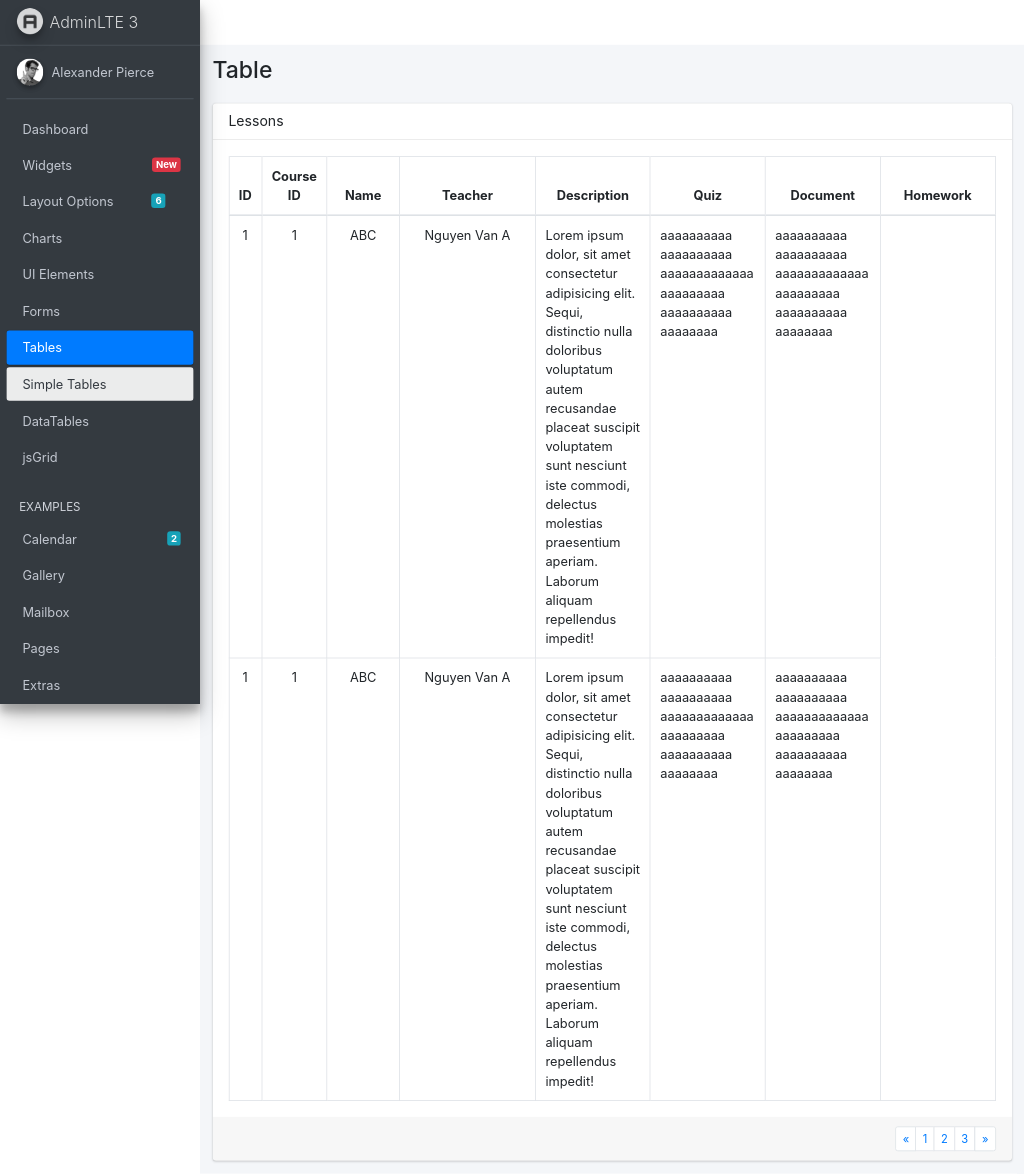
Repository: huyennvo/table
Page: http://localhost/table/lessons
These files come from the project's save history. The page is drawn as it stood at one moment and after the next save; the edit follows.
The browser window is 1280 px wide. The pictures show the whole page, at 80% of full size.
Some web fonts or font styles are not loaded; a fallback is used. The page is served by the project's Laravel application, run on PHP 8.4 with Laravel 8. Other server files are loaded and not shown.

Above is the page before, as saved 2022-08-11 19:32:52.

### routes/web.php
<?php

use Illuminate\Support\Facades\Route;

/*
|--------------------------------------------------------------------------
| Web Routes
|--------------------------------------------------------------------------
|
| Here is where you can register web routes for your application. These
| routes are loaded by the RouteServiceProvider within a group which
| contains the "web" middleware group. Now create something great!
|
*/

Route::get('/table', function () {
    return view('index');
});

Route::get('/table/courses', function () {
    return view('courses');
});

Route::get('/table/lessons', function () {
    return view('lessons');
});

### resources/views/lessons.blade.php
@extends('layouts.content-header')
@section('content-body')
    <!-- Main content -->

    <section class="content">
      <div class="container-fluid">
        <div class="row">
          <div class="col-md-12">
            <div class="card">
              <div class="card-header">
                <h3 class="card-title">Lessons</h3>
              </div>
              <!-- /.card-header -->
              <div class="card-body">
                <table class="table table-bordered" >
                  <thead>
                    <tr>
                      <th style="width: 10px">ID</th>
                      <th class="course-id" style="width: 10px">Course ID</th>
                      <th class="name">Name</th>
                      <th>Teacher</th>
                      <th style="width: 15%">Description</th>
                      <th style="width: 15%">Quiz</th>
                      <th style="width: 15%">Document</th>
                      <th style="width: 15%">Homework</th>
                    </tr>
                  </thead>
                  <tbody>
                    <tr>
                      <td style="text-align:center;">1</td>
                      <td class="course-id">1</td>
                      <td class="name">ABC</td>
                      <td style="text-align:center;">
                        Nguyen Van A
                      </td>
                      <td>Lorem ipsum dolor, sit amet consectetur adipisicing elit. Sequi, distinctio nulla doloribus voluptatum autem recusandae placeat suscipit voluptatem sunt nesciunt iste commodi, delectus molestias praesentium aperiam. Laborum aliquam repellendus impedit!</td>
                      <td>aaaaaaaaaa aaaaaaaaaa aaaaaaaaaaaaa aaaaaaaaa aaaaaaaaaa aaaaaaaa</td>
                      <td>aaaaaaaaaa aaaaaaaaaa aaaaaaaaaaaaa aaaaaaaaa aaaaaaaaaa aaaaaaaa</td>
                    </tr>
                    <tr>
                      <td style="text-align:center;">1</td>
                      <td class="course-id" >1</td>
                      <td class="name">ABC</td>
                      <td style="text-align:center;">
                        Nguyen Van A
                      </td>
                      <td>Lorem ipsum dolor, sit amet consectetur adipisicing elit. Sequi, distinctio nulla doloribus voluptatum autem recusandae placeat suscipit voluptatem sunt nesciunt iste commodi, delectus molestias praesentium aperiam. Laborum aliquam repellendus impedit!</td>
                      <td>aaaaaaaaaa aaaaaaaaaa aaaaaaaaaaaaa aaaaaaaaa aaaaaaaaaa aaaaaaaa</td>
                      <td>aaaaaaaaaa aaaaaaaaaa aaaaaaaaaaaaa aaaaaaaaa aaaaaaaaaa aaaaaaaa</td>
                    </tr>


                  </tbody>
                </table>
              </div>
              <!-- /.card-body -->
              <div class="card-footer clearfix">
                <ul class="pagination pagination-sm m-0 float-right">
                  <li class="page-item"><a class="page-link" href="#">&laquo;</a></li>
                  <li class="page-item"><a class="page-link" href="#">1</a></li>
                  <li class="page-item"><a class="page-link" href="#">2</a></li>
                  <li class="page-item"><a class="page-link" href="#">3</a></li>
                  <li class="page-item"><a class="page-link" href="#">&raquo;</a></li>
                </ul>
              </div>
            </div>

          </div>

        </div>


        <!-- /.row -->

        <!-- /.row -->
      </div><!-- /.container-fluid -->
    </section>
    <!-- /.content -->
@endsection

### resources/views/layouts/content-header.blade.php
@extends('layouts.menu')
@section('content-header')
    <section class="content-header">
      <div class="container-fluid">
        <div class="row mb-2">
          <div class="col-sm-6">
            <h1>Table</h1>
          </div>
        </div>
      </div><!-- /.container-fluid -->
    </section>
@endsection

### resources/views/layouts/menu.blade.php
@extends('layouts.index')
@section('menu')
<div class="main-sidebar sidebar-dark-primary elevation-4" id="menu">
  <a href="../../index3.html" class="brand-link">
        <img src="../../dist/img/AdminLTELogo.png"
            alt="AdminLTE Logo"
            class="brand-image img-circle elevation-3"
            style="opacity: .8">
        <span class="brand-text font-weight-light">AdminLTE 3</span>
  </a>

    <!-- Sidebar -->
    <div class="sidebar">
      <!-- Sidebar user (optional) -->
      <div class="user-panel mt-3 pb-3 mb-3 d-flex">
        <div class="image">
          <img src="../../dist/img/user2-160x160.jpg" class="img-circle elevation-2" alt="User Image">
        </div>
        <div class="info">
          <a href="#" class="d-block">Alexander Pierce</a>
        </div>
      </div>

      <!-- Sidebar Menu -->
      <nav class="mt-2">
        <ul class="nav nav-pills nav-sidebar flex-column" data-widget="treeview" role="menu" data-accordion="false">
          <!-- Add icons to the links using the .nav-icon class
               with font-awesome or any other icon font library -->
          <li class="nav-item has-treeview">
            <a href="#" class="nav-link">
              <i class="nav-icon fas fa-tachometer-alt"></i>
              <p>
                Dashboard
                <i class="right fas fa-angle-left"></i>
              </p>
            </a>
            <ul class="nav nav-treeview">
              <li class="nav-item">
                <a href="../../index.html" class="nav-link">
                  <i class="far fa-circle nav-icon"></i>
                  <p>Dashboard v1</p>
                </a>
              </li>
              <li class="nav-item">
                <a href="../../index2.html" class="nav-link">
                  <i class="far fa-circle nav-icon"></i>
                  <p>Dashboard v2</p>
                </a>
              </li>
              <li class="nav-item">
                <a href="../../index3.html" class="nav-link">
                  <i class="far fa-circle nav-icon"></i>
                  <p>Dashboard v3</p>
                </a>
              </li>
            </ul>
          </li>
          <li class="nav-item">
            <a href="../widgets.html" class="nav-link">
              <i class="nav-icon fas fa-th"></i>
              <p>
                Widgets
                <span class="right badge badge-danger">New</span>
              </p>
            </a>
          </li>
          <li class="nav-item has-treeview">
            <a href="#" class="nav-link">
              <i class="nav-icon fas fa-copy"></i>
              <p>
                Layout Options
                <i class="fas fa-angle-left right"></i>
                <span class="badge badge-info right">6</span>
              </p>
            </a>
            <ul class="nav nav-treeview">
              <li class="nav-item">
                <a href="../layout/top-nav.html" class="nav-link">
                  <i class="far fa-circle nav-icon"></i>
                  <p>Top Navigation</p>
                </a>
              </li>
              <li class="nav-item">
                <a href="../layout/top-nav-sidebar.html" class="nav-link">
                  <i class="far fa-circle nav-icon"></i>
                  <p>Top Navigation + Sidebar</p>
                </a>
              </li>
              <li class="nav-item">
                <a href="../layout/boxed.html" class="nav-link">
                  <i class="far fa-circle nav-icon"></i>
                  <p>Boxed</p>
                </a>
              </li>
              <li class="nav-item">
                <a href="../layout/fixed-sidebar.html" class="nav-link">
                  <i class="far fa-circle nav-icon"></i>
                  <p>Fixed Sidebar</p>
                </a>
              </li>
              <li class="nav-item">
                <a href="../layout/fixed-topnav.html" class="nav-link">
                  <i class="far fa-circle nav-icon"></i>
                  <p>Fixed Navbar</p>
                </a>
              </li>
              <li class="nav-item">
                <a href="../layout/fixed-footer.html" class="nav-link">
                  <i class="far fa-circle nav-icon"></i>
                  <p>Fixed Footer</p>
                </a>
              </li>
              <li class="nav-item">
                <a href="../layout/collapsed-sidebar.html" class="nav-link">
                  <i class="far fa-circle nav-icon"></i>
                  <p>Collapsed Sidebar</p>
                </a>
              </li>
            </ul>
          </li>
          <li class="nav-item has-treeview">
            <a href="#" class="nav-link">
              <i class="nav-icon fas fa-chart-pie"></i>
              <p>
                Charts
                <i class="right fas fa-angle-left"></i>
              </p>
            </a>
            <ul class="nav nav-treeview">
              <li class="nav-item">
                <a href="../charts/chartjs.html" class="nav-link">
                  <i class="far fa-circle nav-icon"></i>
                  <p>ChartJS</p>
                </a>
              </li>
              <li class="nav-item">
                <a href="../charts/flot.html" class="nav-link">
                  <i class="far fa-circle nav-icon"></i>
                  <p>Flot</p>
                </a>
              </li>
              <li class="nav-item">
                <a href="../charts/inline.html" class="nav-link">
                  <i class="far fa-circle nav-icon"></i>
                  <p>Inline</p>
                </a>
              </li>
            </ul>
          </li>
          <li class="nav-item has-treeview">
            <a href="#" class="nav-link">
              <i class="nav-icon fas fa-tree"></i>
              <p>
                UI Elements
                <i class="fas fa-angle-left right"></i>
              </p>
            </a>
            <ul class="nav nav-treeview">
              <li class="nav-item">
                <a href="../UI/general.html" class="nav-link">
                  <i class="far fa-circle nav-icon"></i>
                  <p>General</p>
                </a>
              </li>
              <li class="nav-item">
                <a href="../UI/icons.html" class="nav-link">
                  <i class="far fa-circle nav-icon"></i>
                  <p>Icons</p>
                </a>
              </li>
              <li class="nav-item">
                <a href="../UI/buttons.html" class="nav-link">
                  <i class="far fa-circle nav-icon"></i>
                  <p>Buttons</p>
                </a>
              </li>
              <li class="nav-item">
                <a href="../UI/sliders.html" class="nav-link">
                  <i class="far fa-circle nav-icon"></i>
                  <p>Sliders</p>
                </a>
              </li>
              <li class="nav-item">
                <a href="../UI/modals.html" class="nav-link">
                  <i class="far fa-circle nav-icon"></i>
                  <p>Modals & Alerts</p>
                </a>
              </li>
              <li class="nav-item">
                <a href="../UI/navbar.html" class="nav-link">
                  <i class="far fa-circle nav-icon"></i>
                  <p>Navbar & Tabs</p>
                </a>
              </li>
              <li class="nav-item">
                <a href="../UI/timeline.html" class="nav-link">
                  <i class="far fa-circle nav-icon"></i>
                  <p>Timeline</p>
                </a>
              </li>
              <li class="nav-item">
                <a href="../UI/ribbons.html" class="nav-link">
                  <i class="far fa-circle nav-icon"></i>
                  <p>Ribbons</p>
                </a>
              </li>
            </ul>
          </li>
          <li class="nav-item has-treeview">
            <a href="#" class="nav-link">
              <i class="nav-icon fas fa-edit"></i>
              <p>
                Forms
                <i class="fas fa-angle-left right"></i>
              </p>
            </a>
            <ul class="nav nav-treeview">
              <li class="nav-item">
                <a href="../forms/general.html" class="nav-link">
                  <i class="far fa-circle nav-icon"></i>
                  <p>General Elements</p>
                </a>
              </li>
              <li class="nav-item">
                <a href="../forms/advanced.html" class="nav-link">
                  <i class="far fa-circle nav-icon"></i>
                  <p>Advanced Elements</p>
                </a>
              </li>
              <li class="nav-item">
                <a href="../forms/editors.html" class="nav-link">
                  <i class="far fa-circle nav-icon"></i>
                  <p>Editors</p>
                </a>
              </li>
              <li class="nav-item">
                <a href="../forms/validation.html" class="nav-link">
                  <i class="far fa-circle nav-icon"></i>
                  <p>Validation</p>
                </a>
              </li>
            </ul>
          </li>
          <li class="nav-item has-treeview menu-open">
            <a href="#" class="nav-link active">
              <i class="nav-icon fas fa-table"></i>
              <p>
                Tables
                <i class="fas fa-angle-left right"></i>
              </p>
            </a>
            <ul class="nav nav-treeview">
              <li class="nav-item">
                <a href="../tables/simple.html" class="nav-link active">
                  <i class="far fa-circle nav-icon"></i>
                  <p>Simple Tables</p>
                </a>
              </li>
              <li class="nav-item">
                <a href="../tables/data.html" class="nav-link">
                  <i class="far fa-circle nav-icon"></i>
                  <p>DataTables</p>
                </a>
              </li>
              <li class="nav-item">
                <a href="../tables/jsgrid.html" class="nav-link">
                  <i class="far fa-circle nav-icon"></i>
                  <p>jsGrid</p>
                </a>
              </li>
            </ul>
          </li>
          <li class="nav-header">EXAMPLES</li>
          <li class="nav-item">
            <a href="../calendar.html" class="nav-link">
              <i class="nav-icon far fa-calendar-alt"></i>
              <p>
                Calendar
                <span class="badge badge-info right">2</span>
              </p>
            </a>
          </li>
          <li class="nav-item">
            <a href="../gallery.html" class="nav-link">
              <i class="nav-icon far fa-image"></i>
              <p>
                Gallery
              </p>
            </a>
          </li>
          <li class="nav-item has-treeview">
            <a href="#" class="nav-link">
              <i class="nav-icon far fa-envelope"></i>
              <p>
                Mailbox
                <i class="fas fa-angle-left right"></i>
              </p>
            </a>
            <ul class="nav nav-treeview">
              <li class="nav-item">
                <a href="../mailbox/mailbox.html" class="nav-link">
                  <i class="far fa-circle nav-icon"></i>
                  <p>Inbox</p>
                </a>
              </li>
              <li class="nav-item">
                <a href="../mailbox/compose.html" class="nav-link">
                  <i class="far fa-circle nav-icon"></i>
                  <p>Compose</p>
                </a>
              </li>
              <li class="nav-item">
                <a href="../mailbox/read-mail.html" class="nav-link">
                  <i class="far fa-circle nav-icon"></i>
                  <p>Read</p>
                </a>
              </li>
            </ul>
          </li>
          <li class="nav-item has-treeview">
            <a href="#" class="nav-link">
              <i class="nav-icon fas fa-book"></i>
              <p>
                Pages
                <i class="fas fa-angle-left right"></i>
              </p>
            </a>
            <ul class="nav nav-treeview">
              <li class="nav-item">
                <a href="../examples/invoice.html" class="nav-link">
                  <i class="far fa-circle nav-icon"></i>
                  <p>Invoice</p>
                </a>
              </li>
              <li class="nav-item">
                <a href="../examples/profile.html" class="nav-link">
                  <i class="far fa-circle nav-icon"></i>
                  <p>Profile</p>
                </a>
              </li>
              <li class="nav-item">
                <a href="../examples/e-commerce.html" class="nav-link">
                  <i class="far fa-circle nav-icon"></i>
                  <p>E-commerce</p>
                </a>
              </li>
              <li class="nav-item">
                <a href="../examples/projects.html" class="nav-link">
                  <i class="far fa-circle nav-icon"></i>
                  <p>Projects</p>
                </a>
              </li>
              <li class="nav-item">
                <a href="../examples/project-add.html" class="nav-link">
                  <i class="far fa-circle nav-icon"></i>
                  <p>Project Add</p>
                </a>
              </li>
              <li class="nav-item">
                <a href="../examples/project-edit.html" class="nav-link">
                  <i class="far fa-circle nav-icon"></i>
                  <p>Project Edit</p>
                </a>
              </li>
              <li class="nav-item">
                <a href="../examples/project-detail.html" class="nav-link">
                  <i class="far fa-circle nav-icon"></i>
                  <p>Project Detail</p>
                </a>
              </li>
              <li class="nav-item">
                <a href="../examples/contacts.html" class="nav-link">
                  <i class="far fa-circle nav-icon"></i>
                  <p>Contacts</p>
                </a>
              </li>
            </ul>
          </li>
          <li class="nav-item has-treeview">
            <a href="#" class="nav-link">
              <i class="nav-icon far fa-plus-square"></i>
              <p>
                Extras
                <i class="fas fa-angle-left right"></i>
              </p>
            </a>
            <ul class="nav nav-treeview">
              <li class="nav-item">
                <a href="../examples/login.html" class="nav-link">
                  <i class="far fa-circle nav-icon"></i>
                  <p>Login</p>
                </a>
              </li>
              <li class="nav-item">
                <a href="../examples/register.html" class="nav-link">
                  <i class="far fa-circle nav-icon"></i>
                  <p>Register</p>
                </a>
              </li>
              <li class="nav-item">
                <a href="../examples/forgot-password.html" class="nav-link">
                  <i class="far fa-circle nav-icon"></i>
                  <p>Forgot Password</p>
                </a>
              </li>
              <li class="nav-item">
                <a href="../examples/recover-password.html" class="nav-link">
                  <i class="far fa-circle nav-icon"></i>
                  <p>Recover Password</p>
                </a>
              </li>
              <li class="nav-item">
                <a href="../examples/lockscreen.html" class="nav-link">
                  <i class="far fa-circle nav-icon"></i>
                  <p>Lockscreen</p>
                </a>
              </li>
              <li class="nav-item">
                <a href="../examples/legacy-user-menu.html" class="nav-link">
                  <i class="far fa-circle nav-icon"></i>
                  <p>Legacy User Menu</p>
                </a>
              </li>
              <li class="nav-item">
                <a href="../examples/language-menu.html" class="nav-link">
                  <i class="far fa-circle nav-icon"></i>
                  <p>Language Menu</p>
                </a>
              </li>
              <li class="nav-item">
                <a href="../examples/404.html" class="nav-link">
                  <i class="far fa-circle nav-icon"></i>
                  <p>Error 404</p>
                </a>
              </li>
              <li class="nav-item">
                <a href="../examples/500.html" class="nav-link">
                  <i class="far fa-circle nav-icon"></i>
                  <p>Error 500</p>
                </a>
              </li>
              <li class="nav-item">
                <a href="../examples/pace.html" class="nav-link">
                  <i class="far fa-circle nav-icon"></i>
                  <p>Pace</p>
                </a>
              </li>
              <li class="nav-item">
                <a href="../examples/blank.html" class="nav-link">
                  <i class="far fa-circle nav-icon"></i>
                  <p>Blank Page</p>
                </a>
              </li>
              <li class="nav-item">
                <a href="../../starter.html" class="nav-link">
                  <i class="far fa-circle nav-icon"></i>
                  <p>Starter Page</p>
                </a>
              </li>
            </ul>
          </li>


        </ul>
      </nav>
      <!-- /.sidebar-menu -->
    </div>
    <!-- /.sidebar -->
</div>
    <!-- <aside >

    </aside> -->

@endsection

### resources/views/layouts/index.blade.php
<!DOCTYPE html>
<html>
<head>
  <meta charset="utf-8">
  <meta http-equiv="X-UA-Compatible" content="IE=edge">
  <title>Table</title>
  <meta name="viewport" content="width=device-width, initial-scale=1">

  <link rel="stylesheet" href="{{asset('css/adminlte.min.css')}}">
  <link rel="stylesheet" href="{{asset('css/style.css')}}">
  <!-- Google Font: Source Sans Pro -->
  <link href="https://fonts.googleapis.com/css?family=Source+Sans+Pro:300,400,400i,700" rel="stylesheet">
</head>
<body class="hold-transition sidebar-mini">
  <h1>hello</h1>
<!-- <div class="wrapper"> -->
@yield('menu')

<div class="content-wrapper">

@yield('content-header')

@yield('content-body')

</div>


  <!-- /.content-wrapper -->
  <!-- /.control-sidebar -->
<!-- </div> -->

</body>
</html>

### public/css/style.css
th {
    text-align: center;
}

.course-id {
    text-align: center;
}

.name {
    text-align: center;
}

Loaded but not shown: public/css/adminlte.min.css (library)

After the next save:
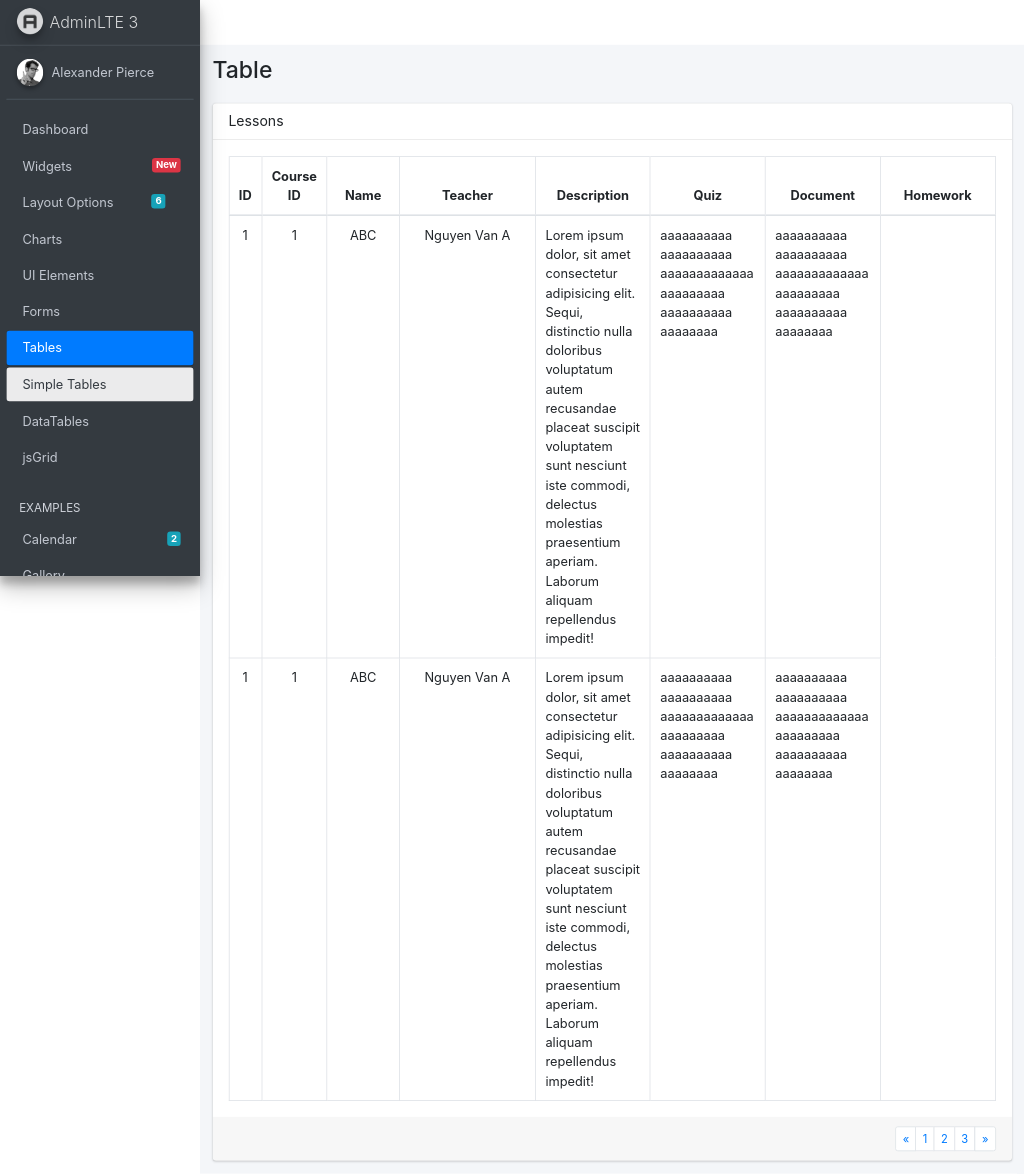
Saved 75 s later.
--- a/public/css/style.css
+++ b/public/css/style.css
@@ -9,3 +9,8 @@
 .name {
     text-align: center;
 }
+
+#menu {
+    background-color: #343A40;
+    height: 100%;
+}
